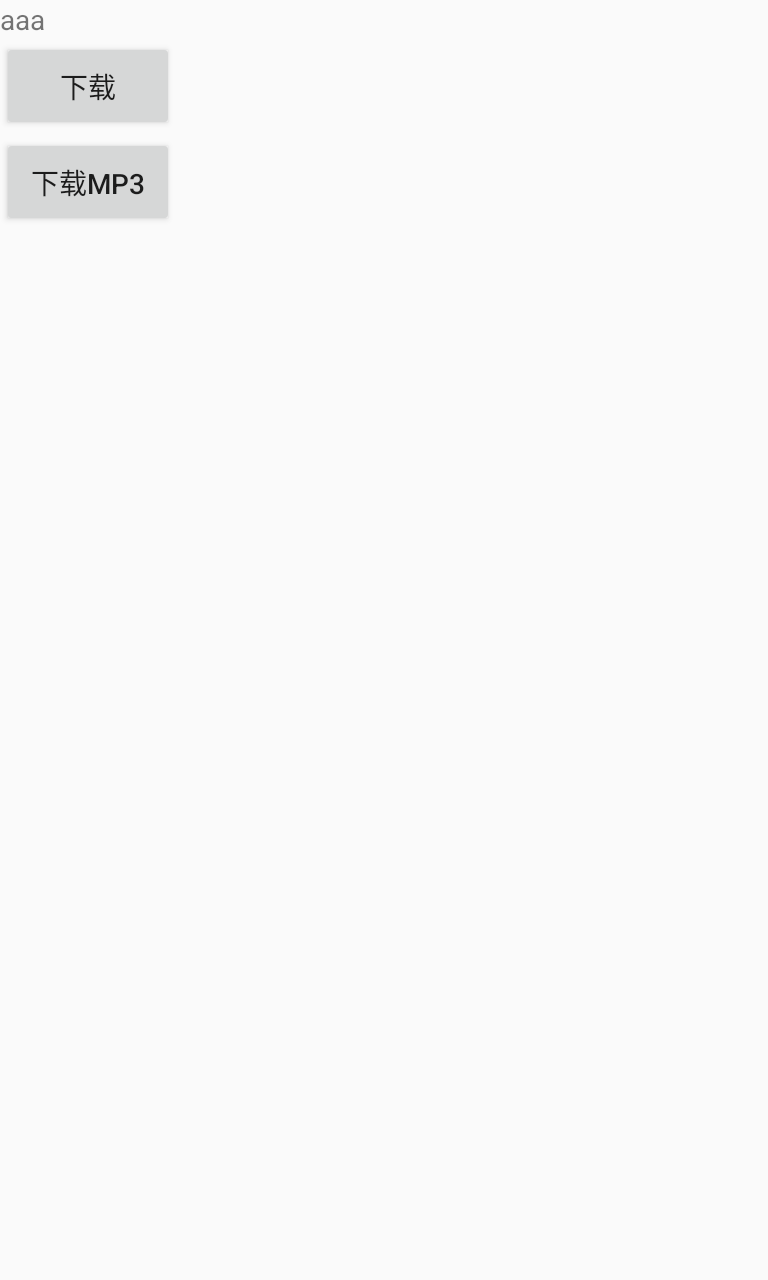
Repository: santhu2208/android
Layout: download/res/layout/activity_main.xml
An editor plug-in stored every save of this project. The layout is shown before and after the next save, followed by the edit.
It is drawn on a 768 x 1280 px phone screen (xhdpi) without system bars, with theme AppTheme; the app's code is not run.

Above is the layout before, as saved 2014-05-09 09:03:02.

After the next save:
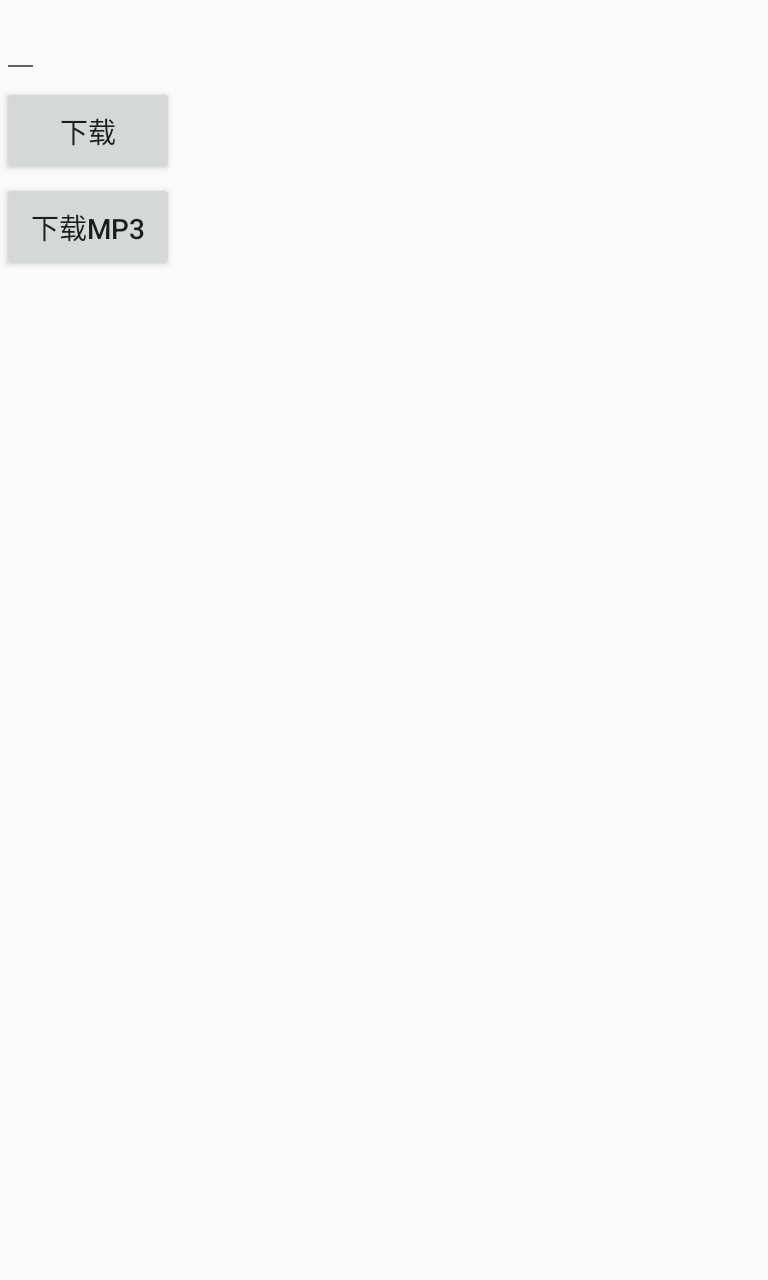
Saved 95 s later.
--- a/download/res/layout/activity_main.xml
+++ b/download/res/layout/activity_main.xml
@@ -4,11 +4,11 @@
     android:layout_height="match_parent"
     tools:context="${packageName}.${activityClass}" >
 
-    <TextView
+    <EditText
         android:id="@+id/myUrl"
         android:layout_width="wrap_content"
         android:layout_height="wrap_content"
-        android:text="aaa"/>
+       />
     <Button
         android:id="@+id/down"
         android:layout_width="wrap_content"
